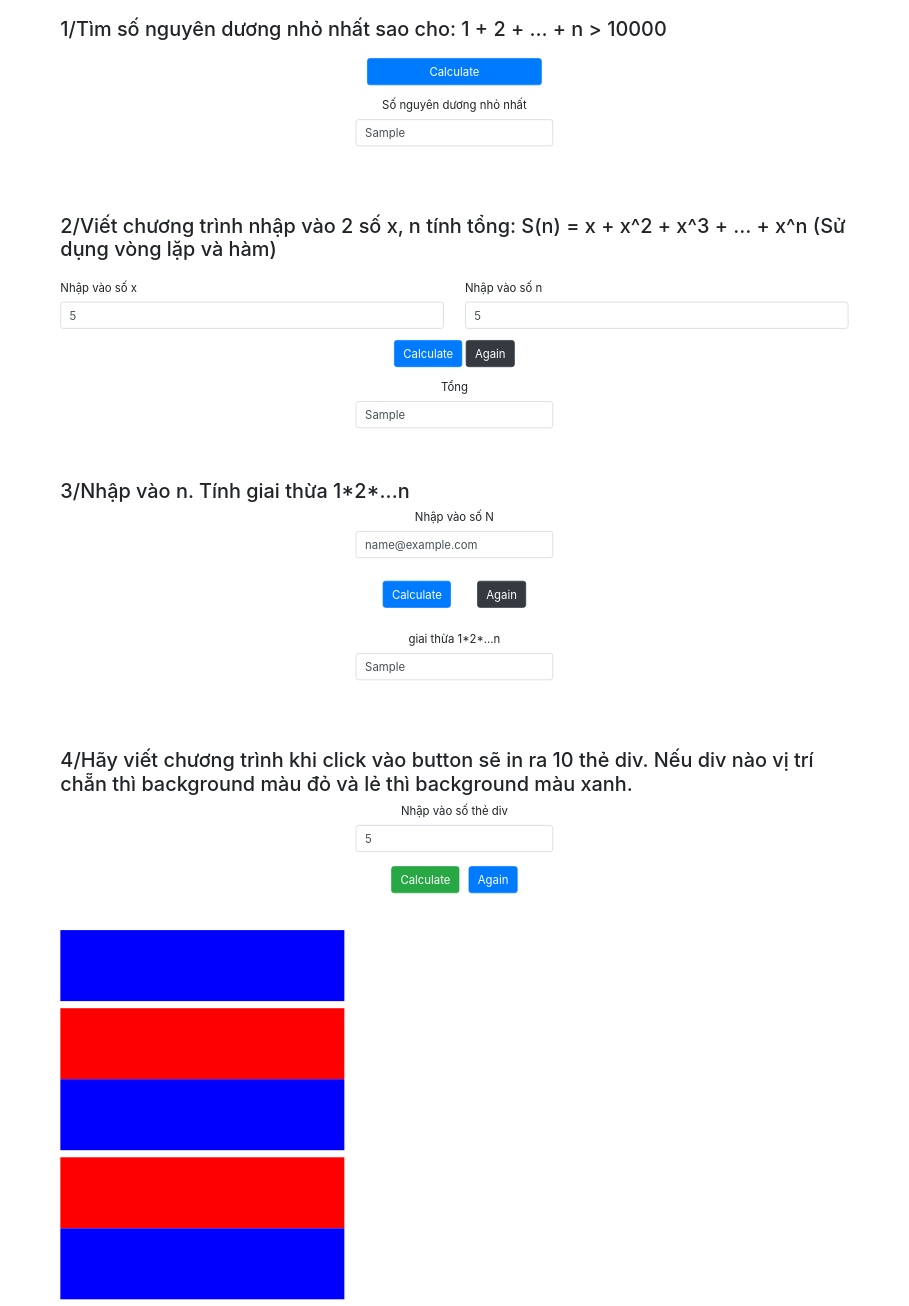
Repository: baobaodeveloper/bootcamp21__loop__HuynhAnhBao
Page: index.html
An editor plug-in stored every save of this project. The page is shown before and after the next save, followed by the edit.
The browser window is 1280 px wide. The pictures show the whole page, at 71% of full size.
Empty fields were first filled with sample values (such as "Sample", 5 or name@example.com).
After loading, the first visible `#creat-div` was clicked once.

Above is the page before, as saved 2022-03-17 19:36:51.

### index.html
<!DOCTYPE html>
<html lang="en">
  <head>
    <title>Exercise Js</title>
    <!-- Required meta tags -->
    <meta charset="utf-8" />
    <meta
      name="viewport"
      content="width=device-width, initial-scale=1, shrink-to-fit=no"
    />

    <!-- Bootstrap CSS -->
    <link
      rel="stylesheet"
      href="https://stackpath.bootstrapcdn.com/bootstrap/4.3.1/css/bootstrap.min.css"
      integrity="sha384-ggOyR0iXCbMQv3Xipma34MD+dH/1fQ784/j6cY/iJTQUOhcWr7x9JvoRxT2MZw1T"
      crossorigin="anonymous"
    />
  </head>
  <body>
    <!--1/Tìm số nguyên dương nhỏ nhất sao cho:
    1 + 2 + … + n > 10000-->
    <div class="container mt-4">
      <h3>1/Tìm số nguyên dương nhỏ nhất sao cho: 1 + 2 + … + n > 10000</h3>
      <div class="mb-3 flex-md-column d-flex w-25 m-auto text-center">
        <button type="button" id="min-number" class="btn btn-primary m-3">
          Calculate
        </button>
        <label class="form-label">Số nguyên dương nhỏ nhất</label>
        <input
          type="text"
          class="form-control"
          id="result1"
          placeholder="Số nguyên dương nhỏ nhất"
        />
      </div>
    </div>

    <!--2/Viết chương trình nhập vào 2 số x, n tính tổng: S(n) = x + x^2 + x^3 + … + x^n (Sử
    dụng vòng lặp và hàm)-->
    <div class="container mt-5 pt-5">
      <h3>
        2/Viết chương trình nhập vào 2 số x, n tính tổng: S(n) = x + x^2 + x^3 +
        … + x^n (Sử dụng vòng lặp và hàm)
      </h3>
      <div class="row mt-4">
        <div class="col">
          <label class="form-label">Nhập vào số x</label>
          <input
            type="number"
            class="form-control"
            placeholder="Enter number x"
            id="number-x"
          />
        </div>
        <div class="col">
          <label class="form-label">Nhập vào số n</label>
          <input
            type="number"
            class="form-control"
            placeholder="Enter number n"
            id="number-n"
          />
        </div>
      </div>

      <div class="m-3 text-center">
        <button type="button" id="calculate-sum" class="btn btn-primary">
          Calculate
        </button>
        <button type="button" id="calculate-sum-again" class="btn btn-dark">
          Again
        </button>
      </div>

      <div class="w-25 m-auto text-center">
        <label class="form-label">Tổng</label>
        <input
          type="text"
          class="form-control"
          id="result2"
          placeholder="Sum"
        />
      </div>
    </div>

    <!--3/Nhập vào n. Tính giai thừa 1*2*...n-->
    <div class="container mt-4 pt-5">
      <h3>3/Nhập vào n. Tính giai thừa 1*2*...n</h3>
      <div class="w-25 m-auto text-center">
        <label class="form-label">Nhập vào số N</label>
        <input
          type="email"
          class="form-control"
          id="num-enter"
          placeholder="Enter number n"
        />
      </div>
      <div class="mb-3 flex-md-column d-flex w-25 m-auto text-center">
        <div class="m-3">
          <button
            type="button"
            id="calculate-num-n"
            class="btn btn-primary m-3"
          >
            Calculate
          </button>
          <button
            type="button"
            id="calculate-num-n-again"
            class="btn btn-dark m-3"
          >
            Again
          </button>
        </div>
        <label class="form-label">giai thừa 1*2*...n</label>
        <input
          type="text"
          class="form-control"
          id="result3"
          placeholder="giai thừa 1*2*...n"
        />
      </div>
    </div>

    <!--4/Hãy viết chương trình khi click vào button sẽ in ra 10 thẻ div. Nếu div nào vị trí chẵn thì
    background màu đỏ và lẻ thì background màu xanh.-->
    <div class="container mt-5 pt-5">
      <h3>
        4/Hãy viết chương trình khi click vào button sẽ in ra 10 thẻ div. Nếu
        div nào vị trí chẵn thì background màu đỏ và lẻ thì background màu xanh.
      </h3>
      <div class="mb-3 flex-md-column d-flex w-25 m-auto text-center">
        <label class="form-label">Nhập vào số thẻ div</label>
        <input
          type="number"
          class="form-control"
          id="number-div"
          placeholder="Nhập vào số thẻ div"
        />
      </div>
      <div class="text-center mt-3">
        <button type="button" id="creat-div" class="btn btn-success m-1">
          Calculate
        </button>
        <button type="button" id="creat-div-again" class="btn btn-primary m-1">
          Again
        </button>
      </div>
      <div id="result4" class="mt-5"></div>
    </div>

    <!-- Optional JavaScript -->
    <!-- jQuery first, then Popper.js, then Bootstrap JS -->
    <script
      src="https://code.jquery.com/jquery-3.3.1.slim.min.js"
      integrity="sha384-q8i/X+965DzO0rT7abK41JStQIAqVgRVzpbzo5smXKp4YfRvH+8abtTE1Pi6jizo"
      crossorigin="anonymous"
    ></script>
    <script
      src="https://cdnjs.cloudflare.com/ajax/libs/popper.js/1.14.7/umd/popper.min.js"
      integrity="sha384-UO2eT0CpHqdSJQ6hJty5KVphtPhzWj9WO1clHTMGa3JDZwrnQq4sF86dIHNDz0W1"
      crossorigin="anonymous"
    ></script>
    <script
      src="https://stackpath.bootstrapcdn.com/bootstrap/4.3.1/js/bootstrap.min.js"
      integrity="sha384-JjSmVgyd0p3pXB1rRibZUAYoIIy6OrQ6VrjIEaFf/nJGzIxFDsf4x0xIM+B07jRM"
      crossorigin="anonymous"
    ></script>

    <!-- <script src="exercise1.js"></script> -->
    <!-- <script src="exercise2.js"></script> -->
    <!-- <script src="exercise3.js"></script> -->
    <script src="exercise4.js"></script>
  </body>
</html>

### exercise4.js
const numDiv = document.getElementById("number-div");
const result4 = document.getElementById("result4");

document.getElementById("creat-div").addEventListener("click", () => {
  if (!numDiv.value) return;

  const numDivValue = +numDiv.value;
  const redDiv = `<div style="height: 100px; width: 400px; background-color: red"></div>`;
  const blueDiv = `<div style="height: 100px; width: 400px; background-color: blue; margin-bottom: 10px"></div>`;

  for (let i = 1; i <= numDivValue; i++) {
    if (i % 2 === 0) {
      result4.insertAdjacentHTML("afterbegin", redDiv);
    } else {
      result4.insertAdjacentHTML("afterbegin", blueDiv);
    }
  }
});

After the next save:
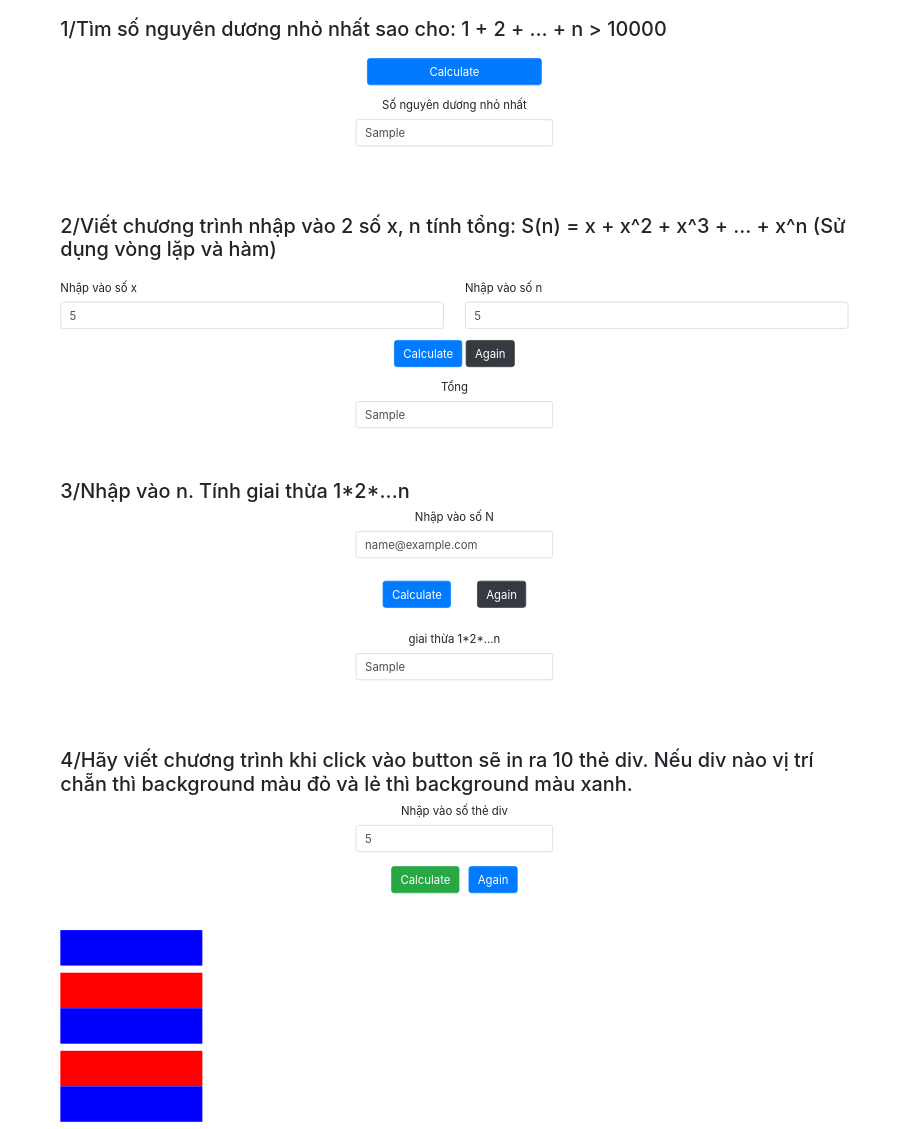
Saved 19 s later.
--- a/exercise4.js
+++ b/exercise4.js
@@ -5,8 +5,8 @@ document.getElementById("creat-div").addEventListener("click", () => {
   if (!numDiv.value) return;
 
   const numDivValue = +numDiv.value;
-  const redDiv = `<div style="height: 100px; width: 400px; background-color: red"></div>`;
-  const blueDiv = `<div style="height: 100px; width: 400px; background-color: blue; margin-bottom: 10px"></div>`;
+  const redDiv = `<div style="height: 50px; width: 200px; background-color: red"></div>`;
+  const blueDiv = `<div style="height: 50px; width: 200px; background-color: blue; margin-bottom: 10px"></div>`;
 
   for (let i = 1; i <= numDivValue; i++) {
     if (i % 2 === 0) {
